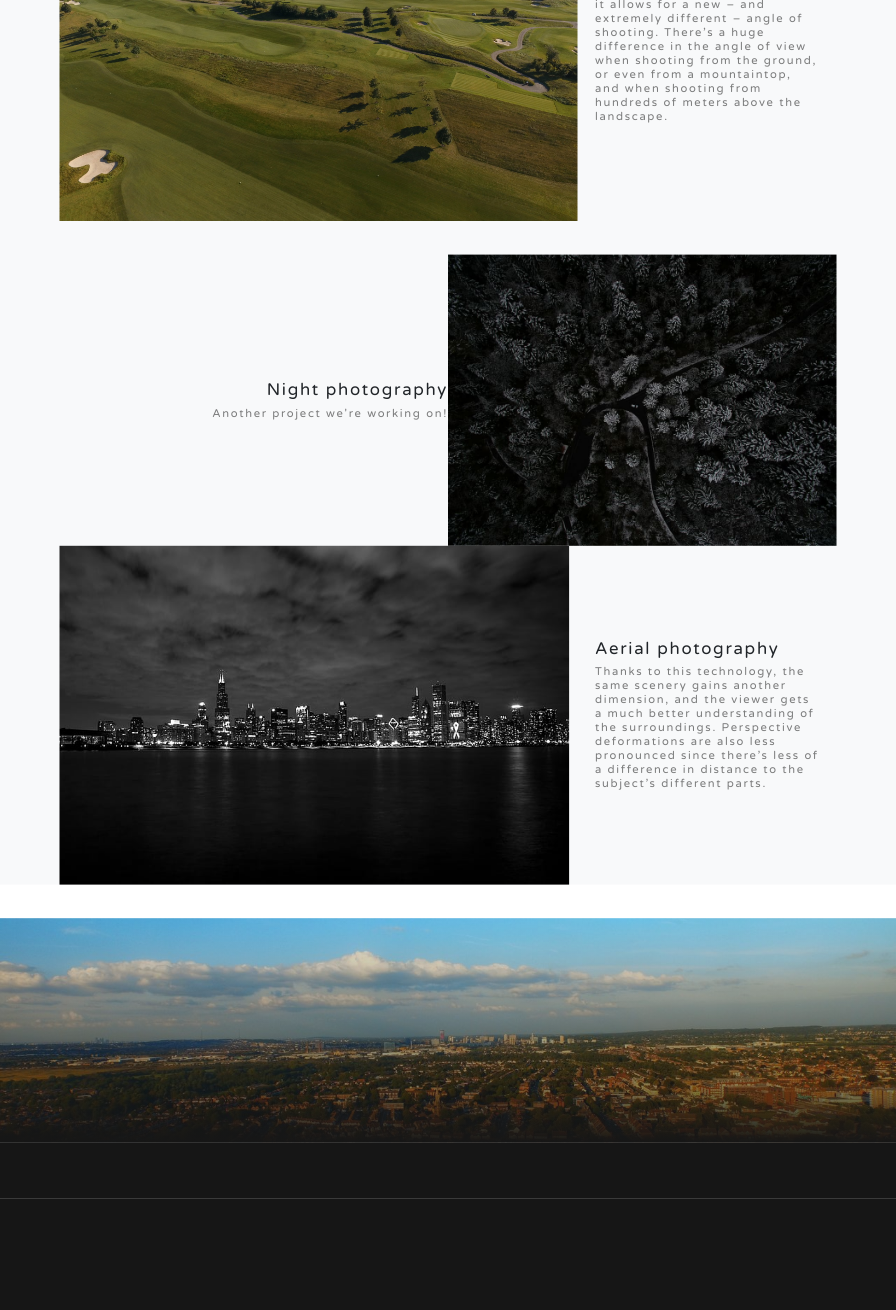
Repository: geoeskel/UCFD-Milestone-Project
Page: index.html
The author's editor kept a record of every edit. The page is drawn from the files as they stood at one moment, then again after the next edit.
The browser window is 1280 px wide. The pictures show the part of the page from y = 1984 to 3904 px (the page is 3856 px tall before and 3904 px after), at 70% of full size.
A picture or video elsewhere on the page could not be fetched, so the positions and the page height are approximate. Some web libraries are served in a nearby version.

Above is the page before.

After the next edit:
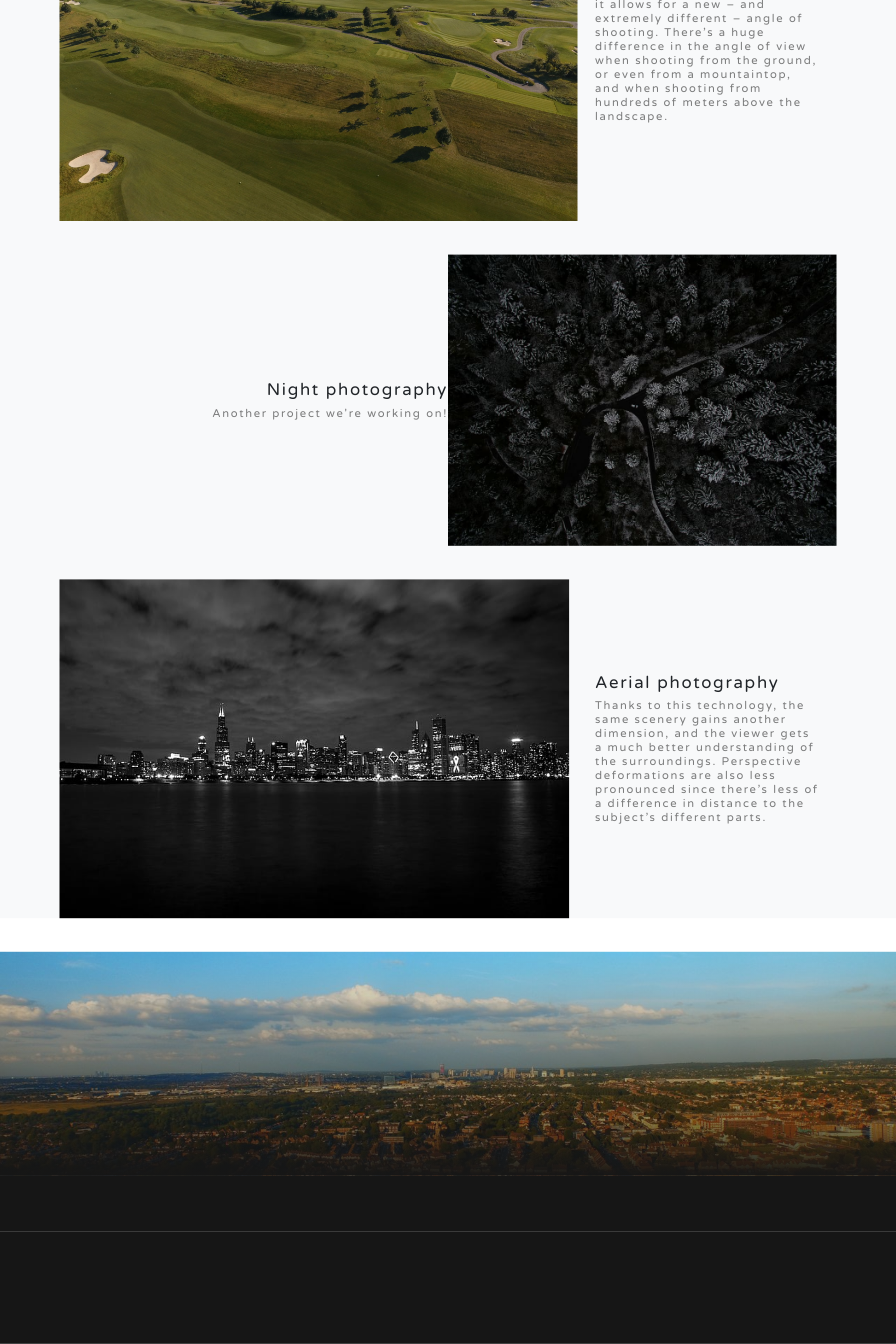
The edit:
--- a/index.html
+++ b/index.html
@@ -90,7 +90,7 @@
         </div>
       </div>
 
-      <div class="row justify-content-center no-gutters">
+      <div class="row justify-content-center no-gutters mb-4 mb-lg-5">
         <div class="col-lg-6">
           <img class="img-fluid mb-3 mb-lg-0" src="img/project-03.jpg" alt="">
         </div>
